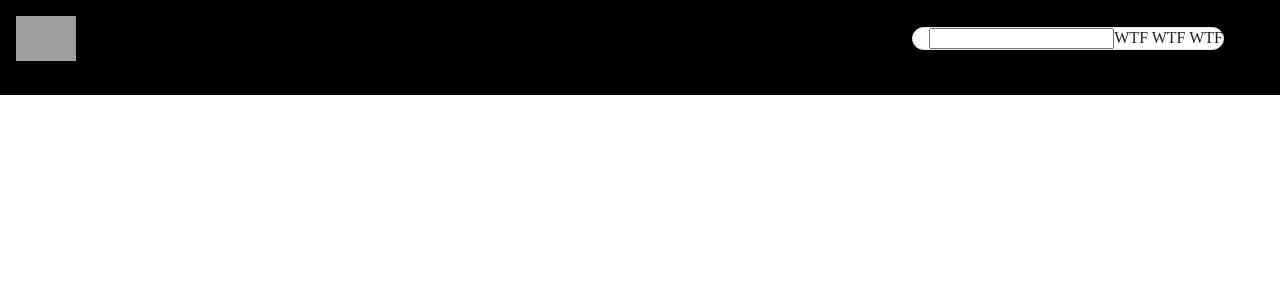
Repository: Deeraj2/youtube_clone
Page: /
The author's editor kept a copy of each file at every save. The page is drawn from the files as they stood at one save, then again after a run of saves.
The browser window is 1280 px wide. The pictures show the whole page.
Pictures or frames that could not be fetched are drawn as grey boxes. The project was rebuilt for these pictures with package versions that can differ from the ones it lists, and the page was loaded fresh each time. Also part of the build but not shown: src/utils/constants.js, src/components/VideoDetail.jsx, src/components/ChannelDetail.jsx, src/components/SearchFeed.jsx.

Above is the page before, as saved 2022-12-26 15:28:18.

### public/index.html
<!DOCTYPE html>
<html lang="en">
  <head>
    <meta charset="utf-8" />
    <link rel="icon" href="%PUBLIC_URL%/favicon.ico" />
    <meta name="viewport" content="width=device-width, initial-scale=1" />
    <meta name="theme-color" content="#000000" />
    <meta
      name="description"
      content="Web site created using create-react-app"
    />
    <link rel="apple-touch-icon" href="%PUBLIC_URL%/logo192.png" />
    <link rel="manifest" href="%PUBLIC_URL%/manifest.json" />
    <link
  rel="stylesheet"
  href="https://fonts.googleapis.com/css?family=Roboto:300,400,500,700&display=swap"
/>
<link
rel="stylesheet"
href="https://fonts.googleapis.com/icon?family=Material+Icons"
/>
    <title>LVCG Media</title>
  </head>
  <body>
    <noscript>You need to enable JavaScript to run this app.</noscript>
    <div id="root"></div>

  </body>
</html>

### src/App.js
import { BrowserRouter, Routes, Route } from 'react-router-dom';
import { Box } from '@mui/material';
import { Navbar, Feed, VideoDetail, ChannelDetail, SearchFeed } from './components';

const App = () => (

    <BrowserRouter>
        <Box sx={{ backgroundColor: '#000'}}>
            <Navbar />
             <Routes>
                <Route path="/" exact element={<Feed />} />
                <Route path="/video/:id" element={<VideoDetail />} />
                <Route path="/channel/:id" element={<ChannelDetail />} />
                <Route path="/search/:searchTerm" element={<SearchFeed />} />
            </Routes>
        </Box>
    </BrowserRouter>

);

export default App

### src/components/index.js
export { default as Navbar } from './Navbar';
export { default as Feed } from './Feed';
export { default as VideoDetail } from './VideoDetail';
export { default as ChannelDetail } from './ChannelDetail';
export { default as SearchFeed } from './SearchFeed';
export { default as SearchBar } from './SearchBar';

### src/components/Navbar.jsx
import { Stack } from '@mui/material';
import { Link } from 'react-router-dom';

import { logo } from '../utils/constants';
import SearchBar from './SearchBar';

const Navbar = () => (
    <Stack
    direction="row"
    alignItems="center"
    p={2}
    sx={{ position: 'sticky', background: '#000', top:0, justifyContent: 'space-between'}}
    >
        <Link to="/" style={{ display: 'flex', alignItems: 'center' }}>
            <img src={logo} alt="logo" height={45} />
        </Link>
        <SearchBar />
    </Stack>
  )

export default Navbar

### src/components/SearchBar.jsx
import { useState } from 'react';
import { useNavigate } from 'react-router-dom';
import { Paper, IconButton } from '@mui/material';
import { SearchIcon } from '@mui/icons-material';

const SearchBar = () => {
  return (
    <Paper
        component="form"
        onSubmit={() => {}}
        sx={{
            borderRadius: 20,
            border: '1px solid #e3e3e3',
            pl: 2,
            boxShadow: 'none',
            mr: { sm: 5 },
        }}
    >
        <input></input>
        WTF WTF WTF
    </Paper>
  )
}

export default SearchBar

Loaded but not shown: src/index.js (common file); src/index.css (common file); src/components/Feed.jsx (common file)

After the next 5 saves:
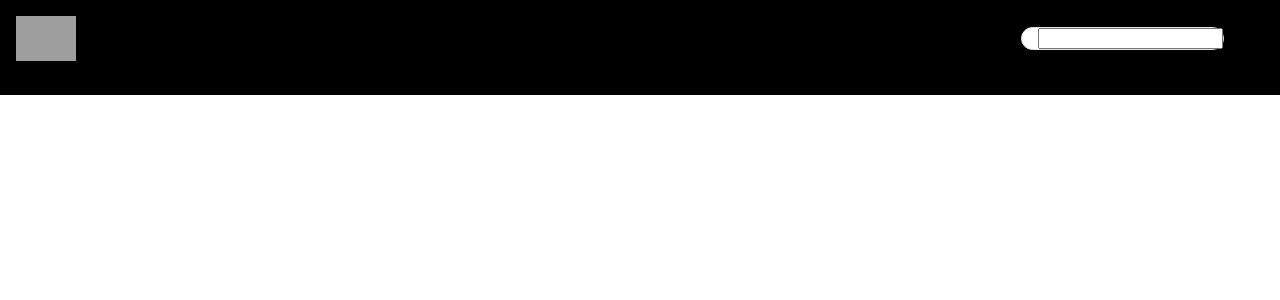
The 5 saves are shown as one change because 1 did not build or start and some came seconds apart.
The last was saved 2 min 51 s later.
--- a/src/components/SearchBar.jsx
+++ b/src/components/SearchBar.jsx
@@ -16,8 +16,9 @@ const SearchBar = () => {
             mr: { sm: 5 },
         }}
     >
-        <input></input>
-        WTF WTF WTF
+        <input
+        />
+
     </Paper>
   )
 }
